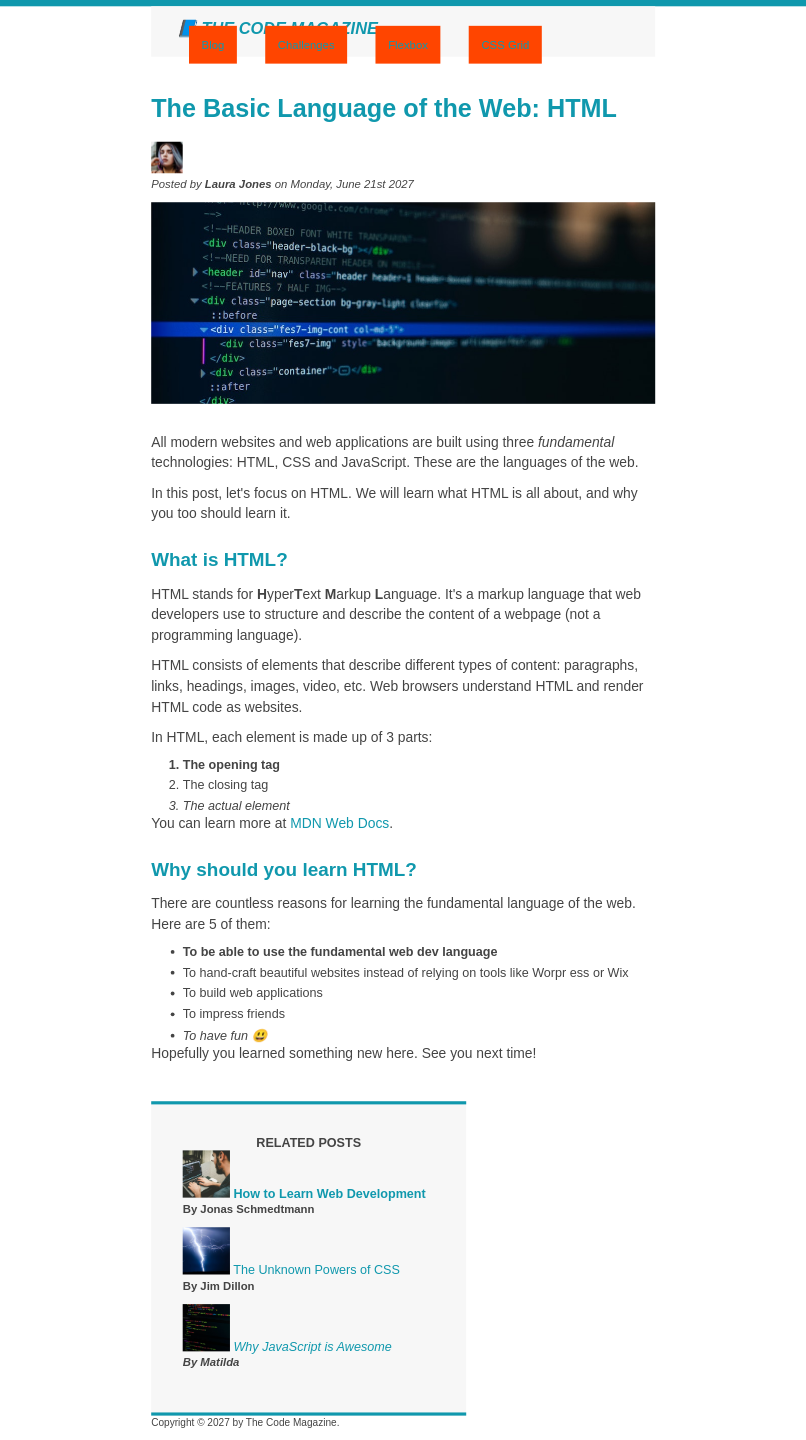
Repository: sunny070/CSS
Page: #1/index.html
An editor plug-in stored every save of this project. The page is shown before and after a run of saves, followed by the edit.
The browser window is 1280 px wide. The pictures show the whole page, at 63% of full size.

Above is the page before, as saved 2023-11-06 10:46:25.

### #1/index.html
<!DOCTYPE html>
<html lang="en">
  <head>
    <meta charset="UTF-8" />
    <title>The Basic Language of the Web: HTML</title>
    <link rel="stylesheet" href="style.css">
  </head>

  <body>
    <!--
    <h1>The Basic Language of the Web: HTML</h1>
    <h2>The Basic Language of the Web: HTML</h2>
    <h3>The Basic Language of the Web: HTML</h3>
    <h4>The Basic Language of the Web: HTML</h4>
    <h5>The Basic Language of the Web: HTML</h5>
    <h6>The Basic Language of the Web: HTML</h6>
    -->
<div class="container">
    <header class="main-header">
      <h1>📘 The Code Magazine</h1>

      <nav>
        <a href="blog.html">Blog</a>
        <a href="#">Challenges</a>
        <a href="#">Flexbox</a>
        <a href="#">CSS Grid</a>
      </nav>
    </header>

    <article>
      <!-- <p>Test</p> -->
      <header class="post-header">
        <h2>The Basic Language of the Web: HTML</h2>

        <img
          src="img/laura-jones.jpg"
          alt="Headshot of Laura Jones"
          height="50"
          width="50"

        />

        <p id="author">Posted by <strong>Laura Jones</strong> on Monday, June 21st 2027</p>

        <img
          src="img/post-img.jpg"
          alt="HTML code on a screen"
          width="500"
          height="200"
          class="post-img"
        />
      </header>

      <p>
        All modern websites and web applications are built using three
        <em>fundamental</em>
        technologies: HTML, CSS and JavaScript. These are the languages of the
        web.
      </p>

      <p>
        In this post, let's focus on HTML. We will learn what HTML is all about,
        and why you too should learn it.
      </p>

      <h3>What is HTML?</h3>
      <p>
        HTML stands for <strong>H</strong>yper<strong>T</strong>ext
        <strong>M</strong>arkup <strong>L</strong>anguage. It's a markup
        language that web developers use to structure and describe the content
        of a webpage (not a programming language).
      </p>
      <p>
        HTML consists of elements that describe different types of content:
        paragraphs, links, headings, images, video, etc. Web browsers understand
        HTML and render HTML code as websites.
      </p>
      <p>In HTML, each element is made up of 3 parts:</p>

      <ol>
        <li class="first-li">The opening tag</li>
        <li>The closing tag</li>
        <li>The actual element</li>
      </ol>

      <p>
        You can learn more at
        <a
          href="https://developer.mozilla.org/en-US/docs/Web/HTML"
          target="_blank"
          >MDN Web Docs</a
        >.
      </p>

      <h3>Why should you learn HTML?</h3>

      <p>
        There are countless reasons for learning the fundamental language of the
        web. Here are 5 of them:
      </p>

      <ul>
        <li class="first-li">To be able to use the fundamental web dev language</li>
        <li>
          To hand-craft beautiful websites instead of relying on tools like
          Worpr ess or Wix
        </li>
        <li>To build web applications</li>
        <li>To impress friends</li>
        <li>To have fun 😃</li>
      </ul>

      <p>Hopefully you learned something new here. See you next time!</p>
    </article>

    <aside>
      <h4>Related posts</h4>

      <ul class="related">
        <li>
          <img
            src="img/related-1.jpg"
            alt="Person programming"
            width="75"
            width="75"
          />
          <a href="#">How to Learn Web Development</a>
          <p class="related-author">By Jonas Schmedtmann</p>
        </li>
        <li>
          <img src="img/related-2.jpg" alt="Lightning" width="75" heigth="75" />
          <a href="#">The Unknown Powers of CSS</a>
          <p class="related-author">By Jim Dillon</p>
        </li>
        <li>
          <img
            src="img/related-3.jpg"
            alt="JavaScript code on a screen"
            width="75"
            height="75"
          />
          <a href="#">Why JavaScript is Awesome</a>
          <p class="related-author">By Matilda</p>
        </li>
      </ul>
    </aside>

    <footer> <p id="copyright" class="copyright text">Copyright &copy; 2027 by The Code Magazine.</p> </footer>
  </div>
  </body>
</html>

### #1/style.css
*{
    margin:0;
    padding:0;
    box-sizing: border-box;

}
/* PAGE SECTION */
body{
    /* color:red; */
    color:#444;
    font-family: sans-serif;
    border-top:10px solid #1098ad;

}
.container{
    width: 800px;
    /* margin-left: auto;
    margin-right: auto; */
    margin:0 auto;
}
.main-header{
    background-color:#f7f7f7 ;
    /* padding: 20px;
    padding-left: 40px;
    padding-right:40px; */
    padding:20px 40px;
    margin-bottom:60px;
    height:80px;
}
nav {
    font-size: 18px;
    }

article{
    margin-bottom:60px;
}



.post-header{
    margin-bottom:40px;
}
aside{
    background-color:#f7f7f7;
    border-top: 5px solid #1098ad;
    border-bottom: 5px solid #1098ad;
    /* padding-top:50px;
    padding-bottom:50px; */
    padding: 50px 0;
    width:500px;

}
/* SMALLER ELEMENTS */
h1,h2,h3{
    color:#1098ad;
}

h1{

    font-size: 26px;

    text-transform: uppercase;
    font-style: italic;

}
h2{
    font-size: 40px;
    margin-bottom:30px;


}
h3{
    font-size: 30px;
    margin-bottom:20px;
    margin-top:40px;

}
h4{
    font-size:20px;
    font-family:sans-serif;
    text-transform: uppercase;
    text-align: center;
}
p{
    font-size: 22px;

    line-height: 1.5;
    margin-bottom:15px;
}

ul,ol{
    margin-left:50px;
}
li{

    font-size: 20px;
    margin-bottom:10px ;
}
li:last-child{
    margin-bottom: 0;
}
/* footer p{
    font-size:16px ;
} */

/* article header p{
    font-style: italic;
} */

#author{
    font-style: italic;
    font-size: 18px;
}
#copyright{
    font-size :16px;
}

.related-author{
    font-size:18px;
    font-weight:bold;
}
/* ul{
  list-style: none;
} */

.related{
    list-style: none;
}


/* .first-li{
    font-weight: bold;
} */
li:first-child{
    font-weight: bold;
}

li:last-child{
    font-style: italic;
}
li:nth-child(even){
    /* color:red; */
}

/* Misconception this won't work */
article p:first-child{
    color:red;
}

/* Style Links */
a:link{
    color:#1098ad;
    text-decoration: none;
}
a:visited{
    /* color:#777;
     */
     color: #1098ad;
}
a:hover{
    cursor: pointer;
    color:orange;
    font-weight: bold;
    text-decoration: underline orangered;
}
a:active{
    background-color:black;
    font-style: italic;
}
/* LVHA */

.post-img{
    width:100%;
    height: auto;
}
nav a:link{
    background-color: orangered;
    margin: 20px;
    padding: 20px;
    blo
}

/* resolving conflicts */
/* #copyright{
    color:red;
}
.copyright{
    color:blue;
}
.text{
    color:yellow;
}

footer p{
    color: #000;
} */

After the next 2 saves:
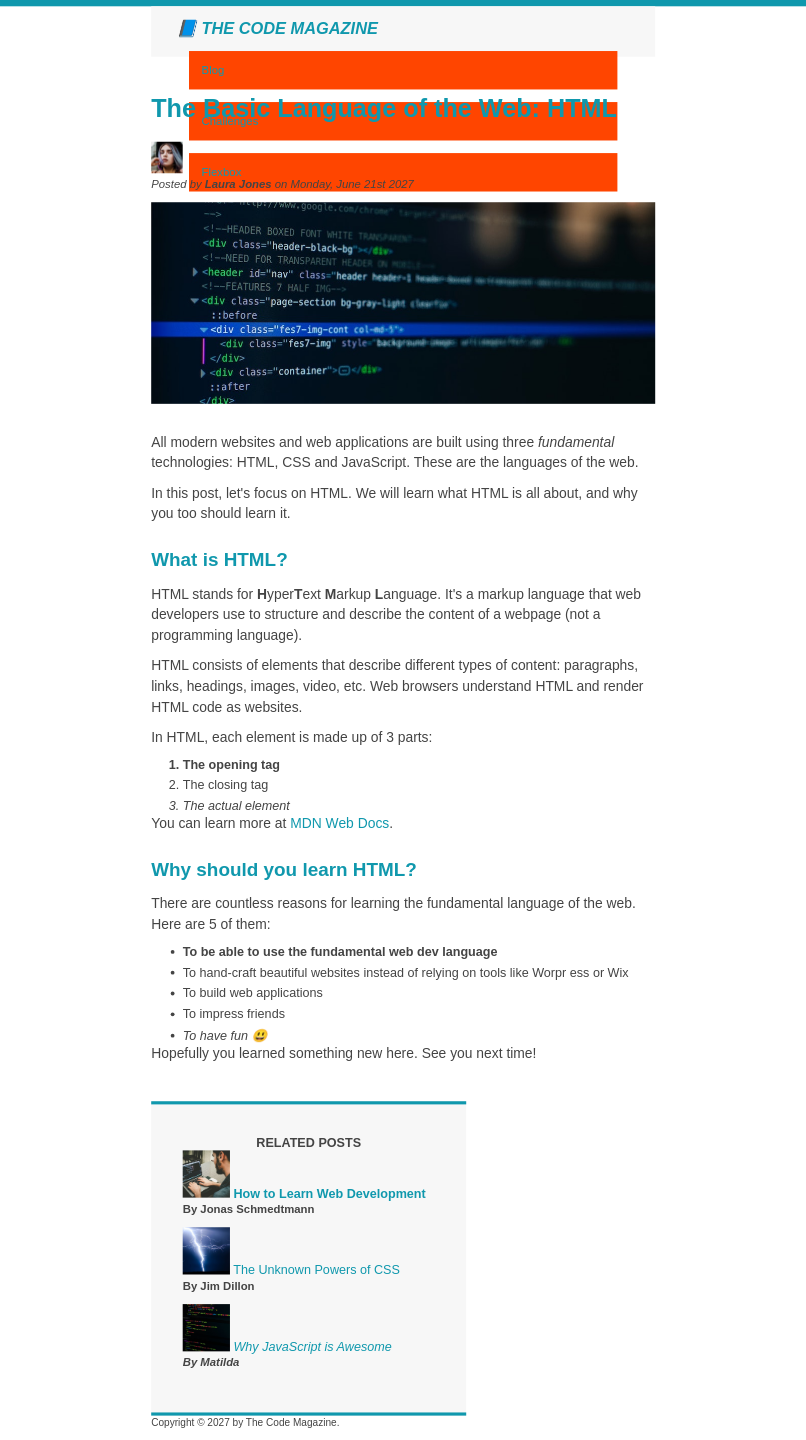
The 2 saves are shown as one change because they came seconds apart.
The last was saved 6 s later.
--- a/#1/style.css
+++ b/#1/style.css
@@ -177,7 +177,7 @@ nav a:link{
     background-color: orangered;
     margin: 20px;
     padding: 20px;
-    blo
+    display: block;
 }
 
 /* resolving conflicts */
